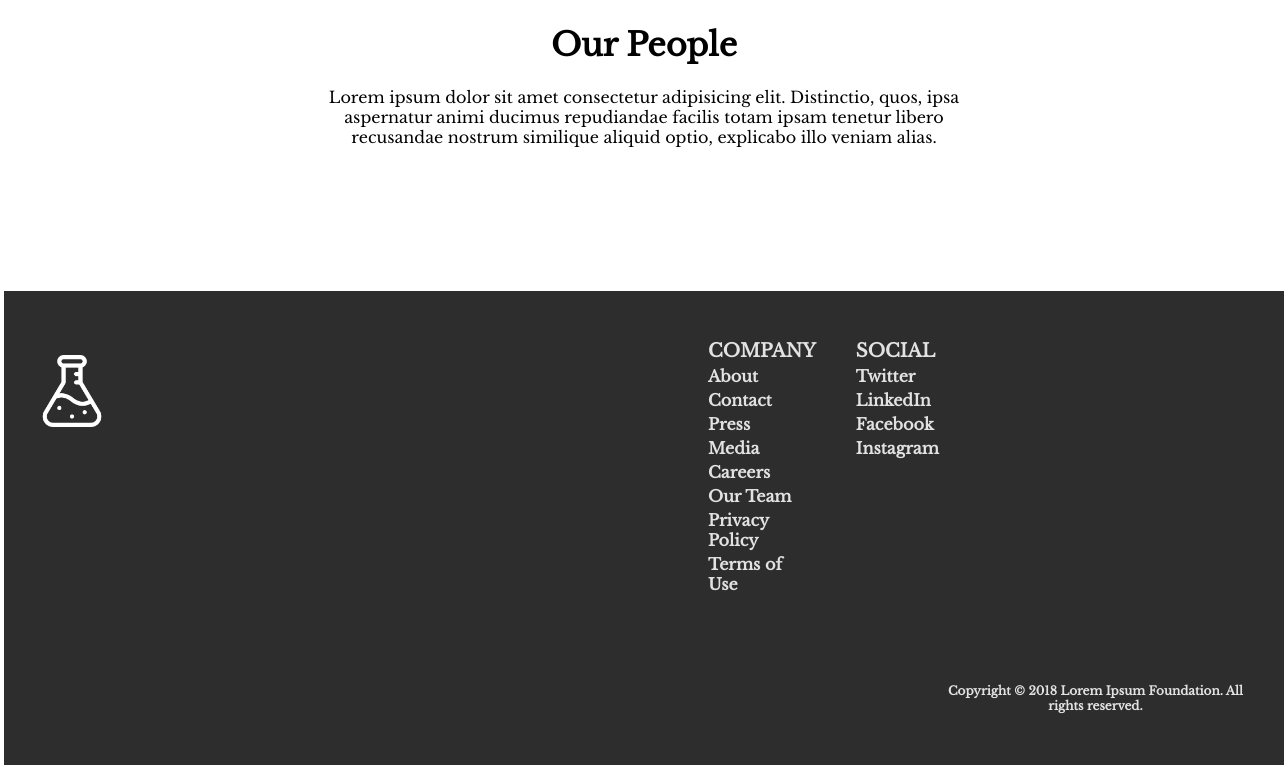
Repository: Tsardines/app
Page: / (app in my-app/)
An editor plug-in stored every save of this project. The page is shown before and after the next save, followed by the edit.
The browser window is 1280 px wide. The page is 1288 px wide, so the pictures cover 1288 px, including what lies to the right of the window. The pictures show the whole page.
The page's requests for data from a server got no answer. The project was rebuilt for these pictures with package versions that can differ from the ones it lists, and the page was loaded fresh each time. No one was signed in, and anything a server would have sent is missing.

Above is the page before, as saved 2018-11-14 20:24:33.

After the next save:
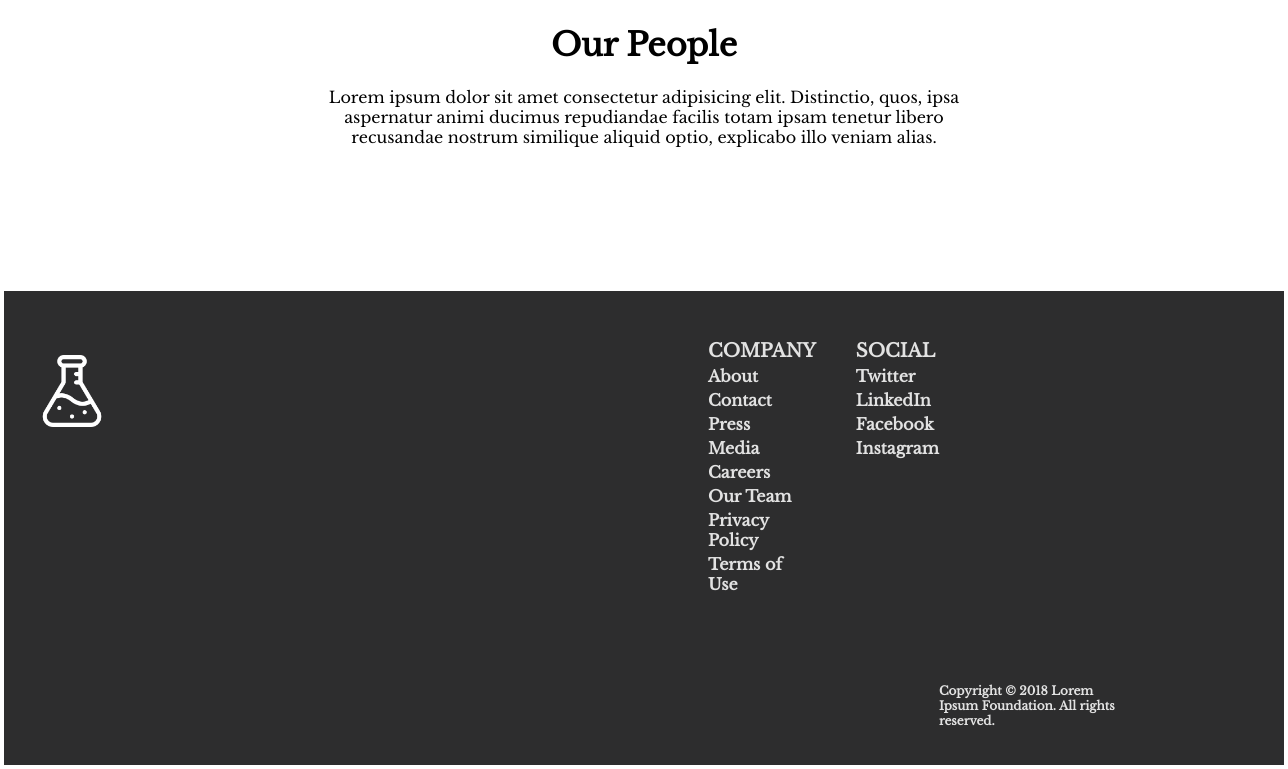
Saved 16 s later.
--- a/my-app/src/components/Footer.css
+++ b/my-app/src/components/Footer.css
@@ -51,7 +51,7 @@
 .copy {
     font-size: 0.75em;
     height: 7vh;
+    margin-right: 10em;
     margin-top: 30em;
-    text-align: center;
     width: 100%;
 }
